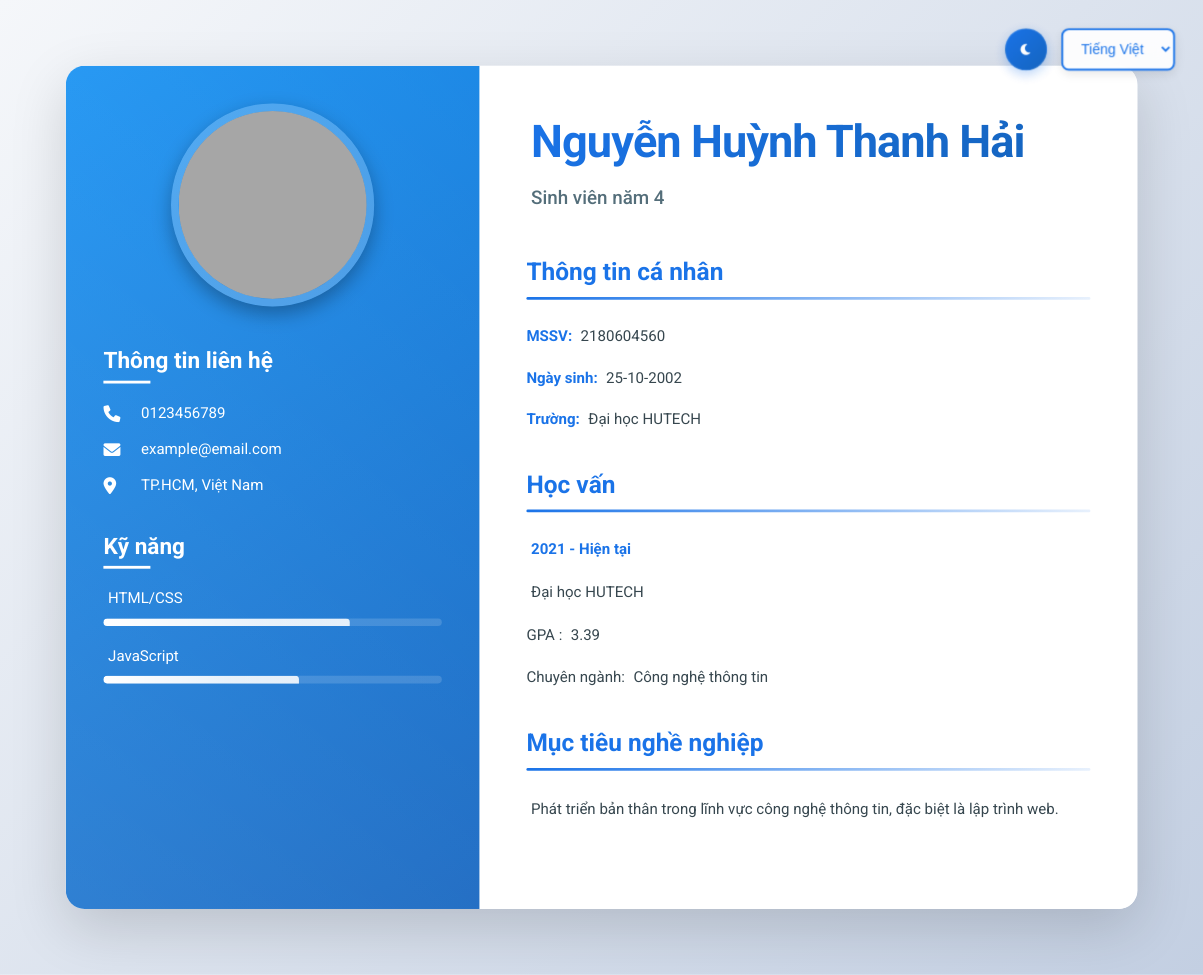
Repository: Haimichi/haimichi.github.io
Page: index.html
The author's editor kept a copy of each file at every save. The page is drawn from the files as they stood at one save, then again after the next save.
The browser window is 1280 px wide. The pictures show the whole page, at 94% of full size.
Pictures or frames that could not be fetched are drawn as grey boxes.

Above is the page before, as saved 2025-03-04 11:18:09.

After the next save:
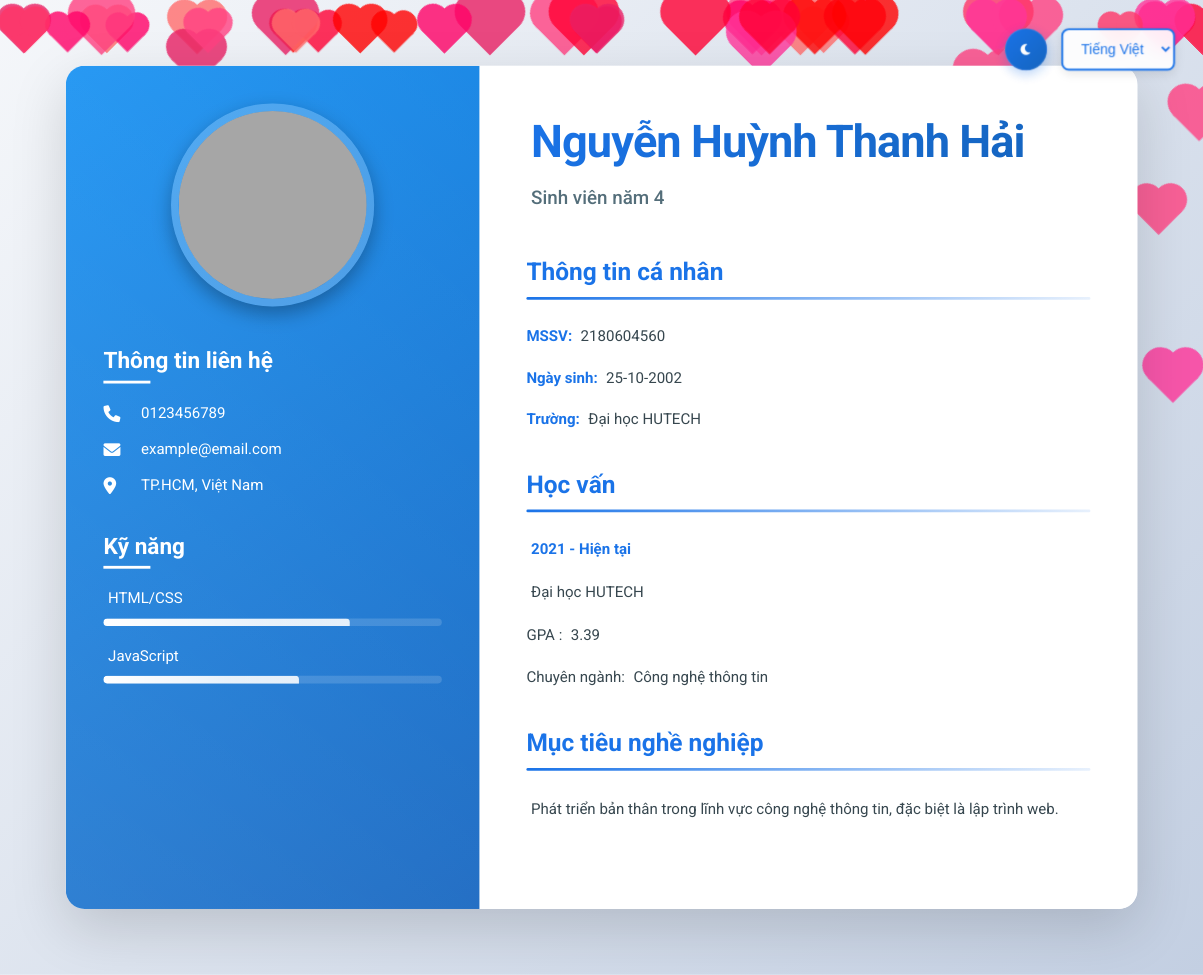
Saved 1 s later.
--- a/index.html
+++ b/index.html
@@ -264,8 +264,11 @@ function createHeart() {
     const heart = document.createElement('div');
     heart.className = 'heart';
 
-    // Random position
+    // Random position horizontal only
     heart.style.left = Math.random() * 100 + 'vw';
+
+    // Set start position at bottom of screen
+    heart.style.bottom = '-50px';
 
     // Larger size và random size
     const size = Math.random() * 20 + 25;
@@ -280,9 +283,9 @@ function createHeart() {
     const color = colors[Math.floor(Math.random() * colors.length)];
     heart.style.background = color;
 
-    // Faster animation
-    const duration = (Math.random() * 1.5 + 2); // 2-3.5 seconds
-    heart.style.setProperty('--duration', `${duration}s`);
+    // Fast animation
+    const duration = Math.random() * 1 + 2; // 2-3 seconds
+    heart.style.animation = `floatUp ${duration}s linear forwards`;
 
     document.querySelector('.hearts-container').appendChild(heart);
     visibleHearts.push(heart);
